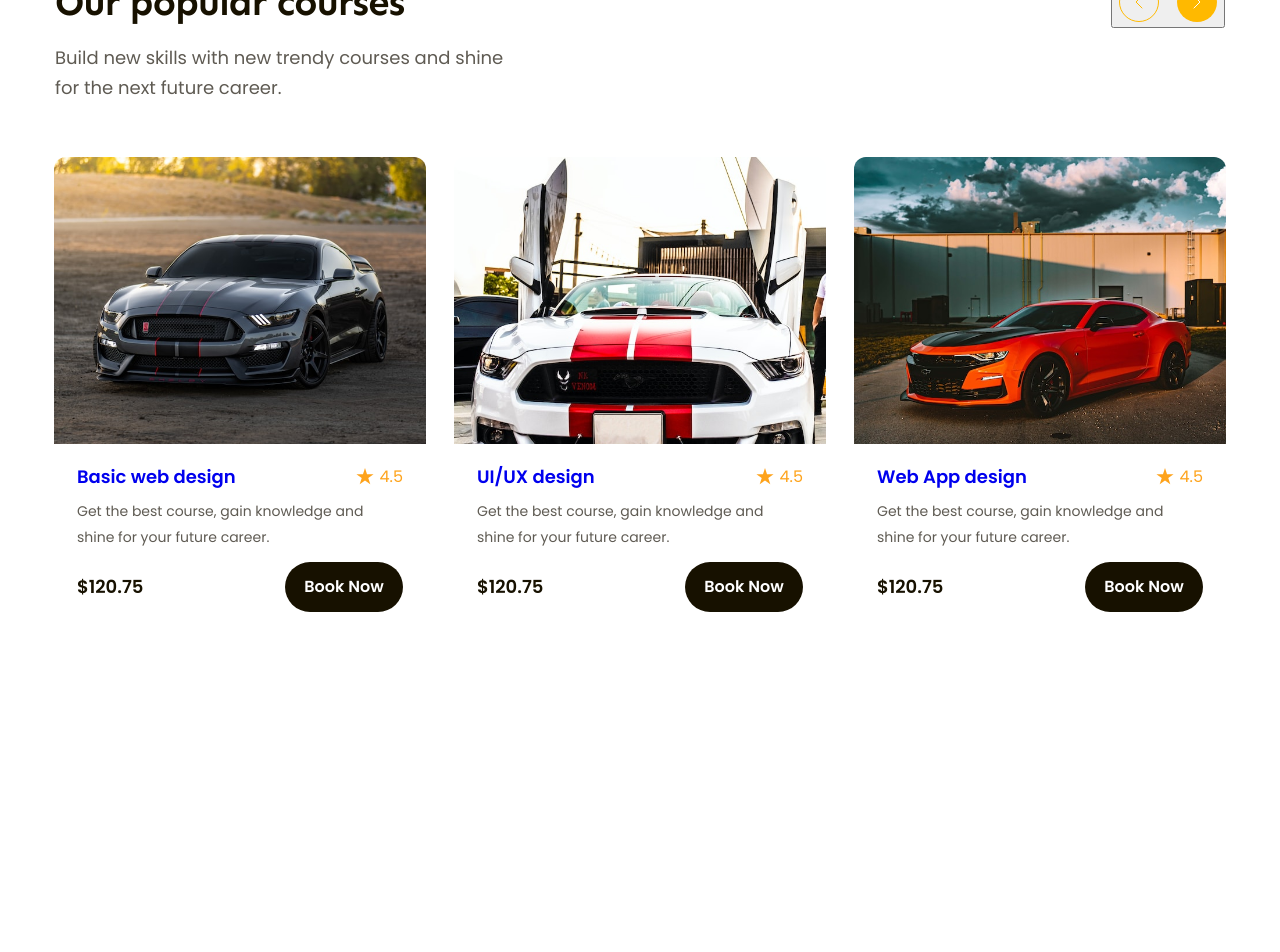
Repository: dongnguyen2112/htmlcss-project-02
Page: index.html
These files come from the project's save history. The page is drawn as it stood at one moment and after the next save; the edit follows.
The browser window is 1280 px wide. The pictures show the part of the page from y = 1121 to 2073 px (the page is 5000 px tall).
A picture or video elsewhere on the page could not be fetched, so the positions and the page height are approximate.

Above is the page before, as saved 2023-07-06 13:51:46.

After the next save:
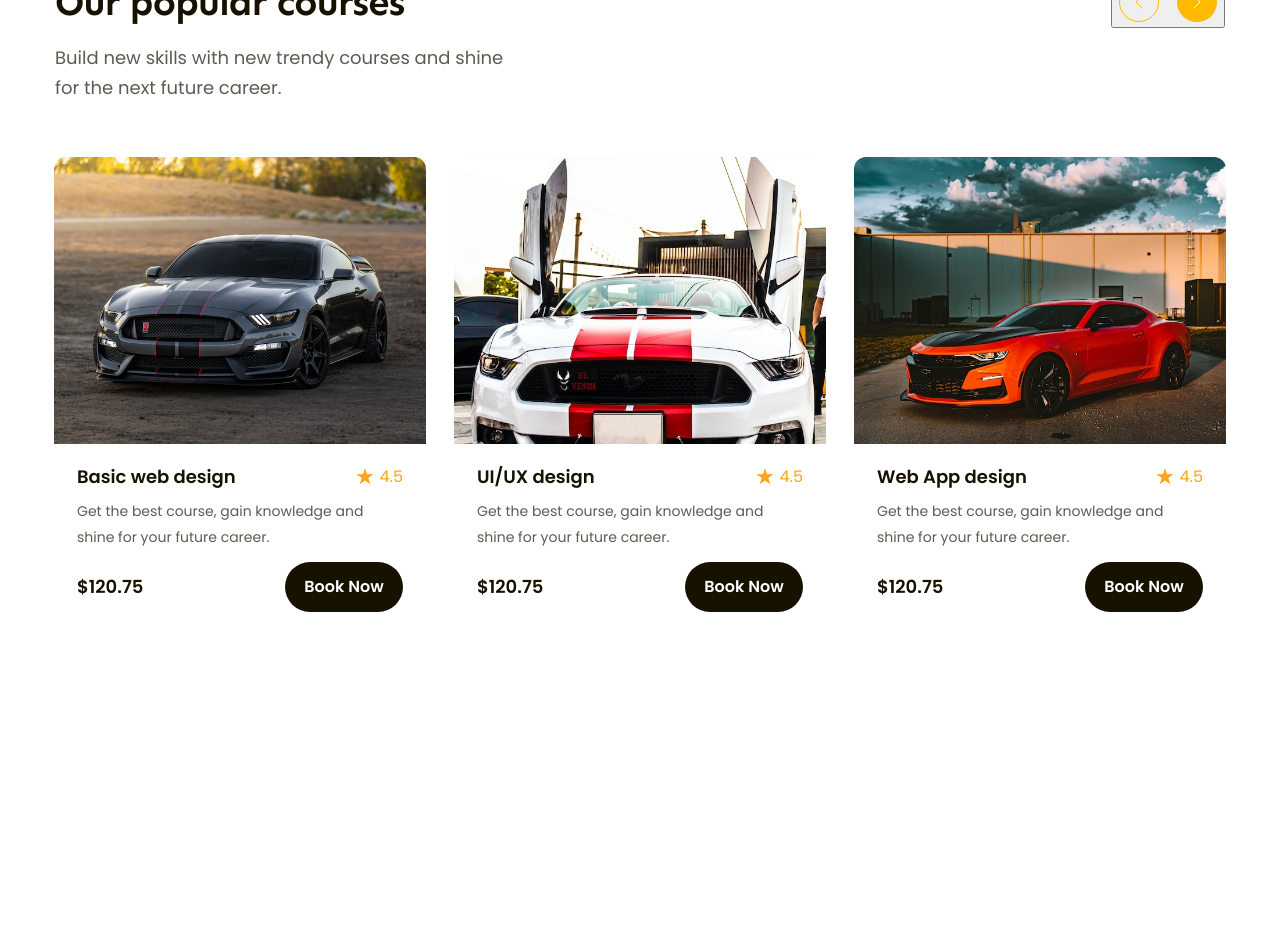
Saved 25 s later.
--- a/assets/css/styles.css
+++ b/assets/css/styles.css
@@ -265,7 +265,7 @@
     align-items: center;
     justify-content: space-between;
 }
-.popular .course-item .title {
+.popular .course-item .title a {
     color: #171100;
     font-size: 1.8rem;
     font-weight: 600;
